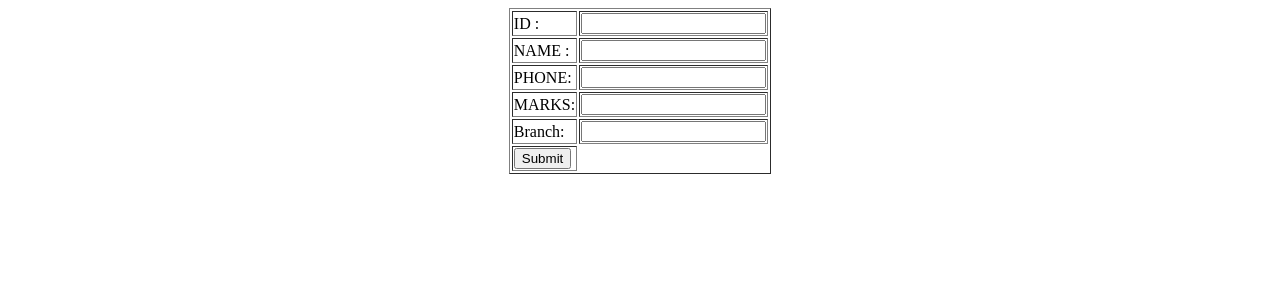
Repository: MayuriShinde124/Mayuri_20136571
Page: Question2StudentRegistrationPage/src/main/webapp/Registration.html
The author's editor kept a copy of each file at every save. The page is drawn from the files as they stood at one save, then again after the next save.
The browser window is 1280 px wide. The pictures show the whole page.

Above is the page before, as saved 2023-07-11 07:51:22.

### Question2StudentRegistrationPage/src/main/webapp/Registration.html
<!DOCTYPE html>
<html>
<head>
<meta charset="ISO-8859-1">
<title>Insert title here</title>

</head>
<body>

<form action="Register">
<table border="1" style="margin-left: auto;
  margin-right: auto;width:20%;height: 70px;">
<tr>
<td>
ID :
</td><td><input type="text" name="sid"></td>
<tr>
<td>
NAME :</td><td><input type="text" name="sname"></td>
<tr>
<td>
PHONE:</td><td><input type="text" name="sphone"></td></tr>
<tr><td>
MARKS:
</td><td><input type="text" name="smarks"></td></tr>
<tr><td>
Branch:</td><td><input type="text" name="sbranch"></td></tr>
<tr><td>
<input type="submit" name="click">
</td>
</tr>
</table>
</form>


</body>
</html>

After the next save:
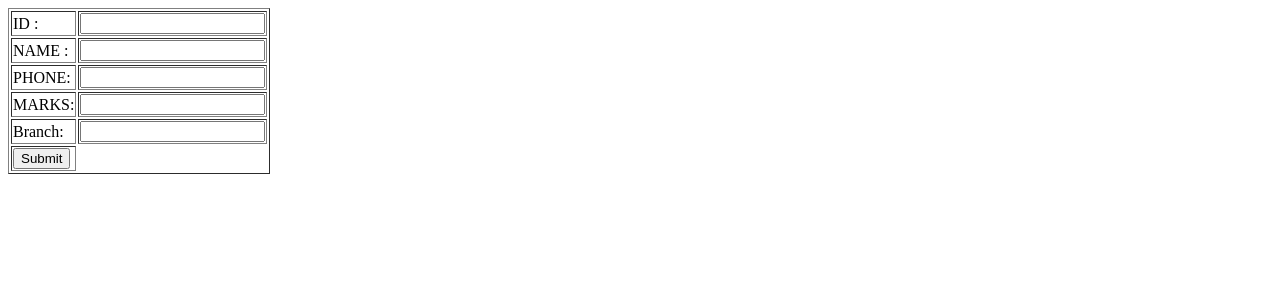
Saved 30 s later.
--- a/Question2StudentRegistrationPage/src/main/webapp/Registration.html
+++ b/Question2StudentRegistrationPage/src/main/webapp/Registration.html
@@ -8,8 +8,7 @@
 <body>
 
 <form action="Register">
-<table border="1" style="margin-left: auto;
-  margin-right: auto;width:20%;height: 70px;">
+<table border="1"">
 <tr>
 <td>
 ID :
